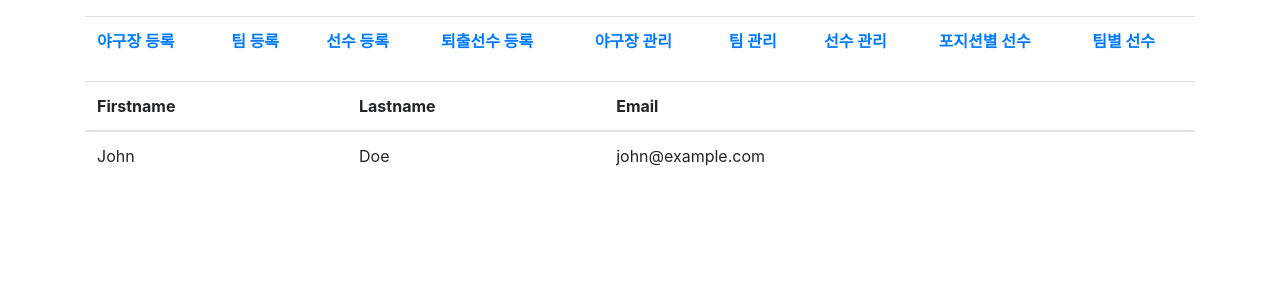
Repository: skjin20800/baseball-CRD--Qlrm-Pivot-JPA
Page: http://localhost/baseball/WEB-INF/views/teamSave.jsp
The author's editor kept a copy of each file at every save. The page is drawn from the files as they stood at one save, then again after the next save.
The browser window is 1280 px wide. The pictures show the whole page.
The page is served by Tomcat 9. Nobody is signed in. The template is opened directly, without the code that normally fills it, so the values that code supplies are empty.

Above is the page before, as saved 2021-03-25 04:13:02.

After the next save:
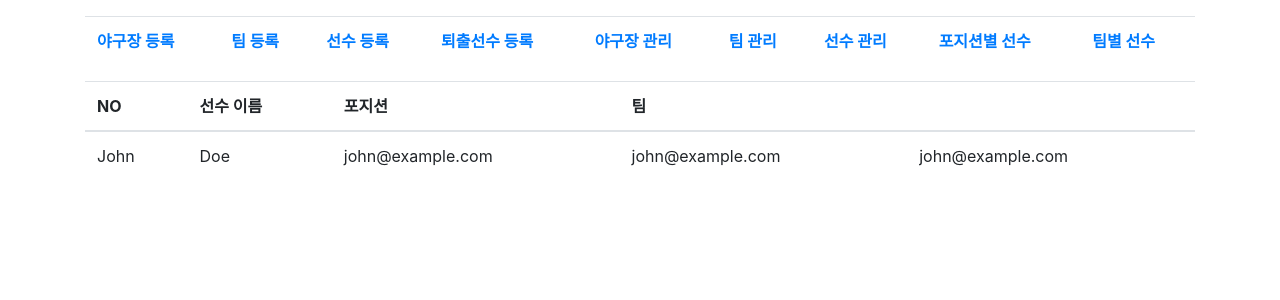
Saved 75 s later.
--- a/baseball/src/main/webapp/WEB-INF/views/teamSave.jsp
+++ b/baseball/src/main/webapp/WEB-INF/views/teamSave.jsp
@@ -34,9 +34,10 @@
   <table class="table">
     <thead>
       <tr>
-        <th>Firstname</th>
-        <th>Lastname</th>
-        <th>Email</th>
+        <th>NO</th>
+        <th>선수 이름</th>
+        <th>포지션</th>
+        <th>팀</th>
         <th>&nbsp;&nbsp;&nbsp;&nbsp;&nbsp;&nbsp;&nbsp;&nbsp;&nbsp;</th>
       </tr>
     </thead>
@@ -46,6 +47,8 @@
       <tr>
         <td>John</td>
         <td>Doe</td>
+        <td>john@example.com</td>
+        <td>john@example.com</td>
         <td>john@example.com</td>
       </tr>
       </c:forEach>
